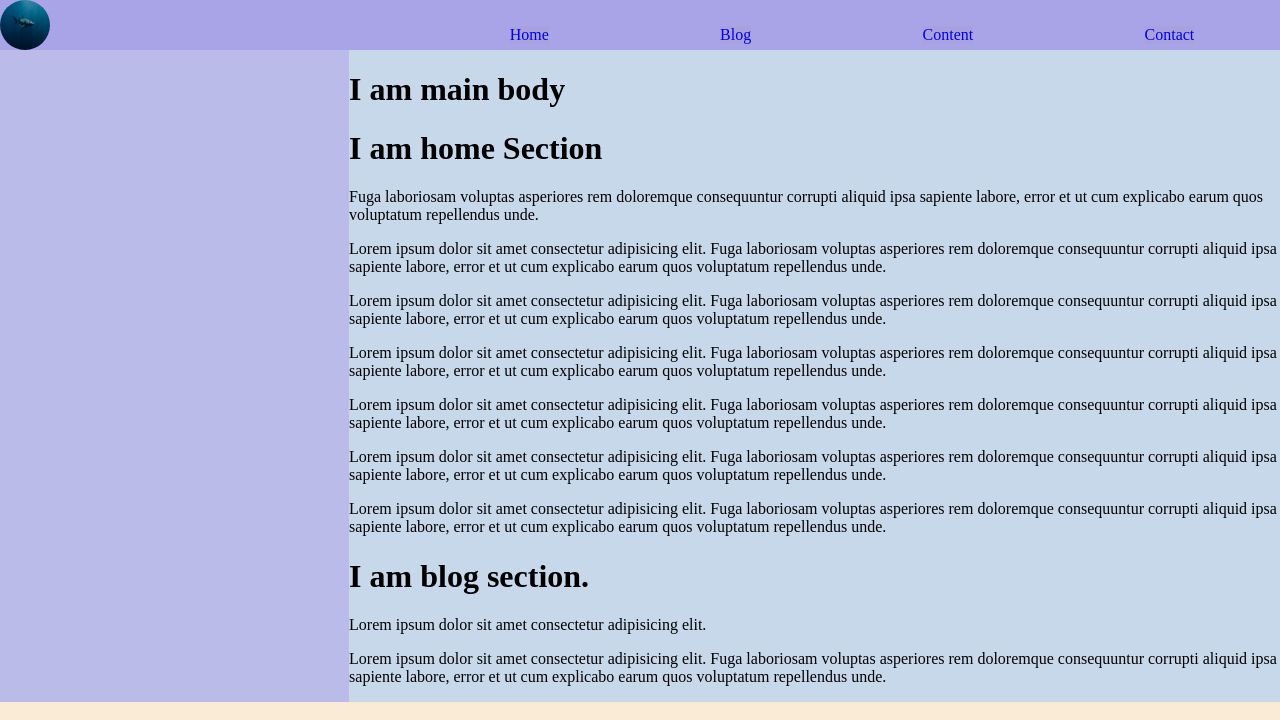
Repository: purnimapatel/fish-world
Page: index.html
These files come from the project's save history. The page is drawn as it stood at one moment and after the next save; the edit follows.
The browser window is 1280 px wide. The pictures show the whole page.
An inner scrolling area shows only its first screen.

Above is the page before, as saved 2024-08-25 15:11:17.

### index.html
<!DOCTYPE html>
<html lang="en">
<head>
    <meta charset="UTF-8">
    <meta name="viewport" content="width=device-width, initial-scale=1.0">
    <title>Document</title>
    <link  rel = "stylesheet" type = "text/css" href = "style.css"/>

    <!-- <link rel="stylesheet" type="text/css" href="styles.css"> -->

</head>
<body>
    <div class=" container">
        <div class = "navbar">
            <div id="logo">
                <a href="https://www.google.com/" target=" _blank"><img  id = "img1"src = "\img\image1.jpg"></a>
            </div>
            <div id = "list-content">
                <ul id="list">
                    <a href="#home"><li>Home</li></a>
                    <a href ="#blog"><li>Blog</li></a>
                    <a href="#content"><li>Content</li></a>
                    <a href="#contact"><li>Contact</li></a>
                </ul>
            </div>

        </div>
        <div class="lower">
        <div class ="leftPanel">
        </div>
        <div class = "mainBody">
            <h1>I am main body</h1>
            <div id="home">
                <h1>I am home Section</h1>
                Fuga laboriosam voluptas asperiores rem doloremque consequuntur corrupti aliquid ipsa sapiente labore, error et ut cum explicabo earum quos voluptatum repellendus unde.</p>
            <p>Lorem ipsum dolor sit amet consectetur adipisicing elit. Fuga laboriosam voluptas asperiores rem doloremque consequuntur corrupti aliquid ipsa sapiente labore, error et ut cum explicabo earum quos voluptatum repellendus unde.</p>
            <p>Lorem ipsum dolor sit amet consectetur adipisicing elit. Fuga laboriosam voluptas asperiores rem doloremque consequuntur corrupti aliquid ipsa sapiente labore, error et ut cum explicabo earum quos voluptatum repellendus unde.</p>
            <p>Lorem ipsum dolor sit amet consectetur adipisicing elit. Fuga laboriosam voluptas asperiores rem doloremque consequuntur corrupti aliquid ipsa sapiente labore, error et ut cum explicabo earum quos voluptatum repellendus unde.</p>
            <p>Lorem ipsum dolor sit amet consectetur adipisicing elit. Fuga laboriosam voluptas asperiores rem doloremque consequuntur corrupti aliquid ipsa sapiente labore, error et ut cum explicabo earum quos voluptatum repellendus unde.</p>
            <p>Lorem ipsum dolor sit amet consectetur adipisicing elit. Fuga laboriosam voluptas asperiores rem doloremque consequuntur corrupti aliquid ipsa sapiente labore, error et ut cum explicabo earum quos voluptatum repellendus unde.</p>
            <p>Lorem ipsum dolor sit amet consectetur adipisicing elit. Fuga laboriosam voluptas asperiores rem doloremque consequuntur corrupti aliquid ipsa sapiente labore, error et ut cum explicabo earum quos voluptatum repellendus unde.</p>

            </div>
            <div id ="blog">
                <h1> I am blog section.</h1>
                <p>Lorem ipsum dolor sit amet consectetur adipisicing elit.
                    <p>Lorem ipsum dolor sit amet consectetur adipisicing elit. Fuga laboriosam voluptas asperiores rem doloremque consequuntur corrupti aliquid ipsa sapiente labore, error et ut cum explicabo earum quos voluptatum repellendus unde.</p>
                    <p>Lorem ipsum dolor sit amet consectetur adipisicing elit. Fuga laboriosam voluptas asperiores rem doloremque consequuntur corrupti aliquid ipsa sapiente labore, error et ut cum explicabo earum quos voluptatum repellendus unde.</p>
                    <p>Lorem ipsum dolor sit amet consectetur adipisicing elit. Fuga laboriosam voluptas asperiores rem doloremque consequuntur corrupti aliquid ipsa sapiente labore, error et ut cum explicabo earum quos voluptatum repellendus unde.</p>
                    <p>Lorem ipsum dolor sit amet consectetur adipisicing elit. Fuga laboriosam voluptas asperiores rem doloremque consequuntur corrupti aliquid ipsa sapiente labore, error et ut cum explicabo earum quos voluptatum repellendus unde.</p>
                    <p>Lorem ipsum dolor sit amet consectetur adipisicing elit. Fuga laboriosam voluptas asperiores rem doloremque </p>
                </div>
                <div id="content">
                    <h1> I am content section.</h1>
                    <p>Lorem ipsum dolor sit amet consectetur adipisicing elit. Fuga laboriosam voluptas asperiores rem doloremque consequuntur corrupti aliquid ipsa sapiente labore, error et ut cum explicabo earum quos voluptatum repellendus unde.</p>
                    <p>Lorem ipsum dolor sit amet consectetur adipisicing elit. Fuga laboriosam voluptas asperiores rem doloremque consequuntur corrupti aliquid ipsa sapiente labore, error et ut cum explicabo earum quos voluptatum repellendus unde.</p>
                    <p>Lorem ipsum dolor sit amet consectetur adipisicing elit. Fuga laboriosam voluptas asperiores rem doloremque consequuntur corrupti aliquid ipsa sapiente labore, error et ut cum explicabo earum quos voluptatum repellendus unde.</p>
                    <p>Lorem ipsum dolor sit amet consectetur adipisicing elit. Fuga laboriosam voluptas asperiores rem doloremque </p>

                </div>
                <div id="contact">
                    <div id = "header">
                        <h1> I am contact section</h1>
                    </div>
                    <div id = contact-form>
                    <form>
                        <div>
                            <Label>Name</Label>
                            <div >
                                <input class = "input" id = "name" type ="text" placeholder="Enter Your name here">
                            </div>

                        </div>
                        <div>
                            <Label>Email</Label>
                            <div >
                                <input class = "input" id = "email" type ="text" placeholder="Enter Your email here">
                                <p class = "hidden" id = "para">Please enter valid email</p>
                            </div>

                        </div>
                        <div>
                            <Label>Password</Label>
                            <div >
                                <input class = "input" id = "password" type ="password" placeholder="Enter Your password here">
                            </div>

                        </div>
                        <div>
                            <Label>Confirm Password</Label>
                            <div >
                                <input class = "input" id = "cpassword" type ="password" placeholder="Re-enter Your password here">
                            </div>

                        </div>
                        <div id = "btn">
                            <input id ="sub" type ="submit" value ="Submit"onclick="validateEmail(); emptyInput();">
                            </div>


                    </form>
                    </div>

                </div>




        </div>
    </div>
    </div>
    <script src = "index.js"></script>
</body>
</html>

### style.css
body{
   margin: 0;
   padding:0;
   display: flex;
   height:100vh;
   align-items: center;
   justify-content: center;
}
.container{
    height: 100vh;
    width:100vw;
    background-color:antiquewhite;

}
.navbar{
    width:100vw;
    height:50px;
    background-color:rgb(169, 164, 231);
    margin-bottom: 0;
    display: flex;
    justify-content: space-between;

}
.lower{
    display: flex;
}
.leftPanel{
    margin-top: 0px;
    width:30%;
    height:90.5vh;
    background-color:rgb(186, 187, 233);
}
.mainBody{
    background-color:rgb(200, 216, 235);
    height: 90.5vh;
    width:80%;
    overflow: scroll;

}
#img1{
    height: 50px;
    width:50px;
    background-size: cover;
    border-radius: 50px;
    cursor:pointer;

}
#list{
    display: flex;
    padding-top: 10px;
    list-style-type: none;
    justify-content: space-around;
}
#list li{
    cursor: pointer;
    background-color:rgba(158, 139, 139, 0.119)
}
#list-content{
    width: 70%
}
a{
    text-decoration: none;
}
#header {
    display: flex;
    justify-content: center;
    align-items:center;
}
#contact-form{
    display: flex;
    justify-content: center;
    align-items:center;
}

#btn{
    display: flex;
    justify-content: center;
    align-items:center;

}

#para{
    color:red;
}
.hidden{
    display: none;
}
.input{
    padding:10px;
    margin:5px;
    border:none;
    border-radius: 20px;
}
#sub{
    padding:10px 20px;
    margin-top: 10px;

    background-color:antiquewhite;
    color:blueviolet;
    border:none;
    border-radius: 5px;
    cursor: pointer;
}

### index.js
const email = document.getElementById("email");
const password = document.getElementById("password");
const cpassword = document.getElementById("cpassword");
const message = document.getElementById("para");
let nameVal= document.getElementById("name");
let emailVal = document.getElementById("email");
let passwordVal = document.getElementById("password");
let cpasswordVal = document.getElementById("cpassword");

function validateEmail(){
    const emailFormat=/^[a-zA-Z0-9._%+-]+@[a-zA-Z0-9.-]+\.[a-zA-Z]{2,}$/;
    const val = email.value;
    if(emailFormat.test(val)){
        message.classList.add("hidden");
    }
    else{
        message.classList.remove("hidden");
    }
}
function emptyInput(){
    nameVal.value = "";
    emailVal.value="";
    passwordVal.value="";
    cpasswordVal.value = "";

}

After the next save:
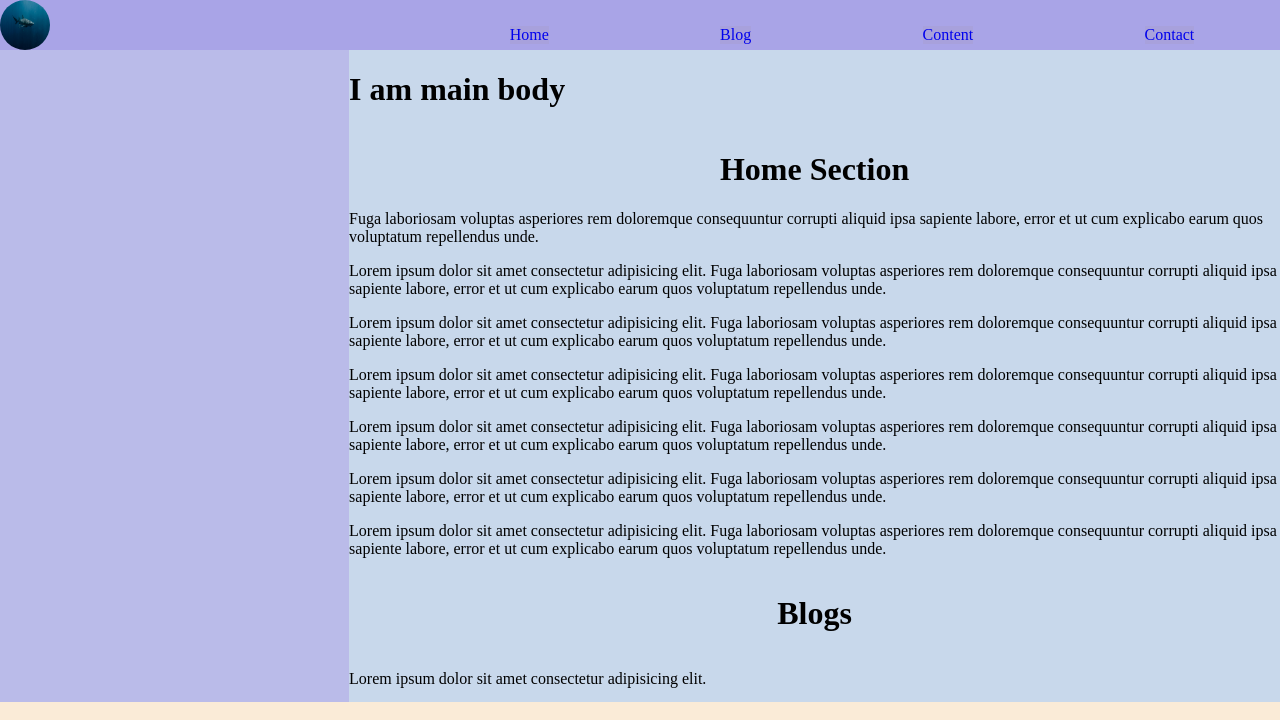
Saved 112 s later.
--- a/index.html
+++ b/index.html
@@ -30,8 +30,11 @@
         </div>
         <div class = "mainBody">
             <h1>I am main body</h1>
+
             <div id="home">
-                <h1>I am home Section</h1>
+                <div id = "header">
+                    <h1> Home Section</h1>
+                </div>
                 Fuga laboriosam voluptas asperiores rem doloremque consequuntur corrupti aliquid ipsa sapiente labore, error et ut cum explicabo earum quos voluptatum repellendus unde.</p>
             <p>Lorem ipsum dolor sit amet consectetur adipisicing elit. Fuga laboriosam voluptas asperiores rem doloremque consequuntur corrupti aliquid ipsa sapiente labore, error et ut cum explicabo earum quos voluptatum repellendus unde.</p>
             <p>Lorem ipsum dolor sit amet consectetur adipisicing elit. Fuga laboriosam voluptas asperiores rem doloremque consequuntur corrupti aliquid ipsa sapiente labore, error et ut cum explicabo earum quos voluptatum repellendus unde.</p>
@@ -42,7 +45,9 @@
 
             </div>
             <div id ="blog">
-                <h1> I am blog section.</h1>
+                <div id = "header">
+                    <h1> Blogs</h1>
+                </div>
                 <p>Lorem ipsum dolor sit amet consectetur adipisicing elit.
                     <p>Lorem ipsum dolor sit amet consectetur adipisicing elit. Fuga laboriosam voluptas asperiores rem doloremque consequuntur corrupti aliquid ipsa sapiente labore, error et ut cum explicabo earum quos voluptatum repellendus unde.</p>
                     <p>Lorem ipsum dolor sit amet consectetur adipisicing elit. Fuga laboriosam voluptas asperiores rem doloremque consequuntur corrupti aliquid ipsa sapiente labore, error et ut cum explicabo earum quos voluptatum repellendus unde.</p>
@@ -51,7 +56,9 @@
                     <p>Lorem ipsum dolor sit amet consectetur adipisicing elit. Fuga laboriosam voluptas asperiores rem doloremque </p>
                 </div>
                 <div id="content">
-                    <h1> I am content section.</h1>
+                    <div id = "header">
+                        <h1> Content</h1>
+                    </div>
                     <p>Lorem ipsum dolor sit amet consectetur adipisicing elit. Fuga laboriosam voluptas asperiores rem doloremque consequuntur corrupti aliquid ipsa sapiente labore, error et ut cum explicabo earum quos voluptatum repellendus unde.</p>
                     <p>Lorem ipsum dolor sit amet consectetur adipisicing elit. Fuga laboriosam voluptas asperiores rem doloremque consequuntur corrupti aliquid ipsa sapiente labore, error et ut cum explicabo earum quos voluptatum repellendus unde.</p>
                     <p>Lorem ipsum dolor sit amet consectetur adipisicing elit. Fuga laboriosam voluptas asperiores rem doloremque consequuntur corrupti aliquid ipsa sapiente labore, error et ut cum explicabo earum quos voluptatum repellendus unde.</p>
@@ -60,7 +67,7 @@
                 </div>
                 <div id="contact">
                     <div id = "header">
-                        <h1> I am contact section</h1>
+                        <h1>Contact US</h1>
                     </div>
                     <div id = contact-form>
                     <form>
